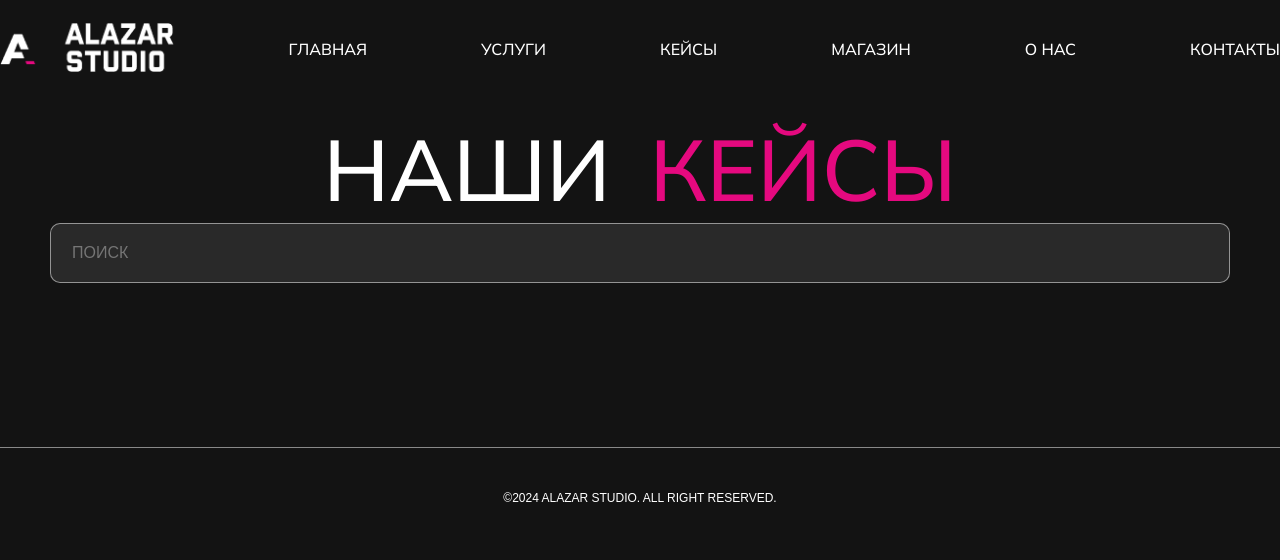
Repository: AlazarStudio/alazar_studio
Page: /cases
These files come from the project's save history. The page is drawn as it stood at one moment and after a run of saves; the edit follows.
The browser window is 1280 px wide. The pictures show the whole page.
The page's requests for data from a server got no answer. The project was rebuilt for these pictures with package versions that can differ from the ones it lists, and the page was loaded fresh each time. No one was signed in, and anything a server would have sent is missing. Also part of the build but not shown: vite.config.js, src/Components/Pages/Non_Found_Page.jsx, src/Components/Standart/CenterBlock/CenterBlock.module.css, src/Components/Standart/CenterBlock/CenterBlock.jsx, src/Components/Standart/WidthBlock/WidthBlock.module.css, src/Components/Standart/WidthBlock/WidthBlock.jsx, src/Components/Pages/HomePage/HomePage.module.css, src/Components/Pages/HomePage/HomePage.jsx and 13 more.

Above is the page before, as saved 2025-05-06 16:43:15.

### index.html
<!DOCTYPE html>
<html lang="ru">
  <head>
    <meta charset="UTF-8" />
    <link rel="icon" type="image/svg+xml" href="/favicon-alazar-studio.png" />
    <meta name="viewport" content="width=device-width, initial-scale=1.0" />
    <title>Название сайта</title>
    <!-- <link
      rel="stylesheet"
      href="https://fonts.googleapis.com/css2?family=Montserrat:wght@400;500;600;700,800&display=swap"
    /> -->
    <link
      href="https://fonts.googleapis.com/css2?family=Mulish:wght@300;400;500;600;700;800&display=swap"
      rel="stylesheet"
    />
  </head>
  <body>
    <div id="root"></div>
    <script type="module" src="/src/main.jsx"></script>
  </body>
</html>

### src/App.jsx
import React from 'react';
import { Route, Routes } from 'react-router-dom';
import Non_Found_Page from './Components/Pages/Non_Found_Page';
import Layout from './Components/Standart/Layout/Layout';
// import AdminPage from './Components/Pages/AdminPage/AdminPage';
import HomePage from './Components/Pages/HomePage/HomePage';
import AdminPage from './Components/Pages/AdminPage/AdminPage';
import CasesPage from './Components/Pages/CasesPage/CasesPage';

function App() {
  return (
    <>
      <Routes>
        <Route path="/" element={<Layout />}>
          <Route path="/" element={<HomePage />} />
          <Route path="/cases" element={<CasesPage />} />

          <Route path="*" element={<Non_Found_Page />} />
        </Route>
        <Route path="/admin/*" element={<AdminPage />} />
      </Routes>
    </>
  );
}

export default App;

### src/index.css
* {
    margin: 0;
    padding: 0;
    box-sizing: border-box;
    font-family: 'Montserrat', sans-serif;
    scroll-behavior: smooth;
}

a {
    text-decoration: none;
}

:root {
    --blockWidth: 1300px;
}

body {
    background-color: #131313;
    color: #fff;
    /* margin-top: 0px; */
}

main {
    /* display: flex;
    flex-direction: column;
    gap: 80px;
    padding-bottom: 80px; */
}

### src/Components/Standart/Layout/Layout.jsx
import React from "react";
import { Outlet } from "react-router-dom";

import Header from "../../Blocks/Header/Header"
import Footer from "../../Blocks/Footer/Footer";


function Empty({ children, ...props }) {
    return (
        <>
            <Header/>
            <Outlet />
            <Footer/>
        </>
    );
}

export default Empty;

### src/Components/Pages/CasesPage/CasesPage.jsx
import React, { useEffect, useState } from 'react';
import classes from './CasesPage.module.css';
import serverConfig from '../../../serverConfig';
import uploadsConfig from '../../../uploadsConfig';
import CaseHomeCard from '../../ui/HomePage/CaseHomeCard';

export default function CasesPage() {
  const [caseHomes, setCaseHomes] = useState([]);
  const [categories, setCategories] = useState([]); // 🆕 категории
  const [loading, setLoading] = useState(false);
  const [error, setError] = useState(null);

  useEffect(() => {
    const fetchData = async () => {
      setLoading(true);
      try {
        // Загружаем кейсы и категории параллельно
        const [casesHomeRes, categoriesRes] = await Promise.all([
          fetch(`${serverConfig}/casesHome`),
          fetch(`${serverConfig}/categories`),
        ]);

        const casesHomeData = await casesHomeRes.json();
        const categoriesData = await categoriesRes.json();

        setCaseHomes(casesHomeData);
        setCategories(categoriesData);
      } catch (err) {
        console.error('Ошибка загрузки данных:', err);
        setError('Ошибка загрузки данных');
      } finally {
        setLoading(false);
      }
    };

    fetchData();
  }, []);

  return (
    <div className={classes.container}>
      <div className={classes.containerCase}>
        <div className={classes.containerCaseTop}>
          <div className={classes.containerCaseTopName}>
            <span>НАШИ</span>
            <span>КЕЙСЫ</span>
          </div>
          <input placeholder="ПОИСК" />
        </div>

        {/* 🔽 Категории */}
        <div className={classes.categoryMenu}>
          {categories.map((cat) => (
            <span key={cat.id} className={classes.categoryItem}>
              {cat.title}
            </span>
          ))}
        </div>

        {/* 🔽 Кейсы */}
      </div>
      <CaseHomeCard caseHomes={caseHomes} />
    </div>
  );
}

### src/Components/Blocks/Header/Header.jsx
import React, { useEffect, useState } from 'react';
import classes from './Header.module.css';
import { Link, useNavigate } from 'react-router-dom';

function Header() {
  const [isScrolled, setIsScrolled] = useState(false);
  const [isMenuOpen, setIsMenuOpen] = useState(false);

  const navigate = useNavigate();

  useEffect(() => {
    const handleScroll = () => {
      if (window.scrollY > 50) {
        setIsScrolled(true);
      } else {
        setIsScrolled(false);
      }
    };

    window.addEventListener('scroll', handleScroll);
    return () => window.removeEventListener('scroll', handleScroll);
  }, []);

  const toggleMenu = () => {
    setIsMenuOpen((prev) => !prev);
  };

  const closeMenu = () => {
    setIsMenuOpen(false);
  };

  return (
    <div className={classes.container}>
      <div
        className={`${classes.containerNav} ${
          isScrolled ? classes.scrolled : ''
        }`}
      >
        <ul>
          <li>
            {' '}
            <img
              src="/images/headerLogo.png"
              alt="Логотип"
              className={classes.logo}
              onClick={() => navigate('/')}
            />
          </li>
          <li>
            <Link to="/">ГЛАВНАЯ</Link>
          </li>
          <li>
            <Link to="/service">УСЛУГИ</Link>
          </li>
          <li>
            <Link to="/cases">КЕЙСЫ</Link>
          </li>
          <li>
            <Link to="/shop">МАГАЗИН</Link>
          </li>
          <li>
            <Link to="/about">О НАС</Link>
          </li>
          <li>
            <Link to="/contacts">КОНТАКТЫ</Link>
          </li>
        </ul>
      </div>

      {/* Мобильная версия */}
      <div
        className={`${classes.containerNavMobile} ${
          isScrolled ? classes.scrolled : ''
        }`}
      >

          <img
            src="/images/LogoAlazarM.png"
            alt="Логотип"
            className={classes.logoMobile}
            onClick={() => navigate('/')}
          />


        {/* Иконка меню, по клику открывается меню */}
        <img
          src="/images/headerMobil.png"
          alt="Меню"
          className={classes.menuIcon}
          onClick={toggleMenu}
        />

        {/* Блок с меню */}
        <div
          className={`${classes.menu} ${isMenuOpen ? classes.open : ''}`}
          onClick={closeMenu}
        >
          <ul>
            <li>
              <Link to="/">ГЛАВНАЯ</Link>
            </li>
            <li>
              <Link to="/service">УСЛУГИ</Link>
            </li>
            <li>
              <Link to="/cases">КЕЙСЫ</Link>
            </li>
            <li>
              <Link to="/shop">МАГАЗИН</Link>
            </li>
            <li>
              <Link to="/about">О НАС</Link>
            </li>
            <li>
              <Link to="/contacts">КОНТАКТЫ</Link>
            </li>
          </ul>
        </div>
      </div>
    </div>
  );
}

export default Header;

### src/Components/Blocks/Footer/Footer.jsx
import React from 'react';
import classes from './Footer.module.css';
import CenterBlock from '../../Standart/CenterBlock/CenterBlock';
import WidthBlock from '../../Standart/WidthBlock/WidthBlock';

function Footer({ children, ...props }) {
  return (
    <>

          <div className={classes.container}>
            <span>©2024 ALAZAR STUDIO. ALL RIGHT RESERVED.</span>
          </div>

    </>
  );
}

export default Footer;

### src/serverConfig.js
function serverConfig() {
  const server = 'http://localhost:5000/api';
  // const server = 'https://backend.kch-tourism.ru/api'
  return server;
}

export default serverConfig();

### src/uploadsConfig.js
function uploadsConfig() {
	const server = 'http://localhost:5000'
	// const server = 'https://backend.equipment-house.ru'
	return server
}

export default uploadsConfig()

### src/Components/ui/HomePage/CaseHomeCard.jsx

import classes from './CaseHomeCard.module.css';
import uploadsConfig from '../../../uploadsConfig';

export default function CaseHomeCard({caseHomes}) {


  return (

        <div className={classes.containerCaseMenu}>
          {caseHomes.map((item) => (
            <div key={item.id} className={classes.caseItem}>
              <img src={`${uploadsConfig}${item.img[0]}`} alt={item.name} />
              {/* <span>{item.name}</span> */}
            </div>
          ))}
        </div>

  );
}

### src/Components/Pages/CasesPage/CasesPage.module.css
.container {
  display: flex;
  flex-direction: column;
  width: 100%;
  align-items: center;
}

.containerCase {
  display: flex;
  flex-direction: column;
  width: 100%;
  max-width: 1609px;
  align-items: center;
  margin-top: 115px;
}

.containerCaseTop {
  display: flex;
  flex-direction: column;
  align-items: center;
  width: 100%;
  max-width: 1301px;
}

.containerCaseTop input {
  width: 100%;
  height: 60px;
  border: 1px solid rgba(255, 255, 255, 0.5); /* полупрозрачная белая граница */
  background-color: rgba(128, 128, 128, 0.2); /* полупрозрачный серый фон */
  padding: 21px;
  color: #fff;
  border-radius: 10px;
  font-size: 16px;
  outline: none;
}

.containerCaseTopName {
  display: flex;
  gap: 49px;
}

.containerCaseTopName span:nth-of-type(1) {
  font-size: 96px;
  font-weight: 500;
  color: #fff;
  font-family: 'Mulish', sans-serif;
}

.containerCaseTopName span:nth-of-type(2) {
  font-size: 96px;
  font-weight: 500;
  color: #e5097f;
  font-family: 'Mulish', sans-serif;
}

.containerCaseTop img {
  width: 106px;
  cursor: pointer;
}

.categoryMenu {
  display: flex;
  align-items: center;
  justify-content: space-between;
  width: 100%;
  max-width: 1301px;
  margin-top: 34px;
  gap: 1px;
}

.categoryMenu span {
  display: flex;
  align-items: center;
  justify-content: center;
  padding: 20px;
  font-size: 16px;
  font-weight: 400;
  height: 60px;
  border: 1px solid rgba(255, 255, 255, 0.5);
  border-radius: 10px;
  font-family: 'Mulish', sans-serif;
  cursor: pointer;
}

@media (max-width: 1280px) {
  .container {
    padding: 0 50px;
  }

  .containerCase {
    max-width: 1280px;
    margin-top: 115px;
  }

  .containerCaseTop {
    max-width: 1280px;
  }

  .containerCaseTopName {
    gap: 39px;
  }

  .containerCaseTopName span:nth-of-type(1) {
    font-size: 86px;
  }

  .containerCaseTopName span:nth-of-type(2) {
    font-size: 86px;
  }

  .categoryMenu {
    max-width: 1301px;
  }

  .containerLogo {
    display: flex;
    flex-direction: column;
    align-items: center;
    justify-content: center;
    width: 100%;
    margin-top: 150px;
    gap: 40px;
  }

  /* logoA сверху вниз */
  .containerLogo img:nth-of-type(1) {
    height: 146px;
    animation: slideDown 1s ease forwards;
  }

  /* центральные логотипы */
  .containerLogoCenter {
    display: flex;
    gap: 45px;
  }

  /* logoAlazar слева направо */
  .containerLogoCenter img:nth-of-type(1) {
    height: 79px;
    animation: slideLeft 1s ease forwards;
    animation-delay: 0.5s;
    opacity: 0;
  }

  /* logoStudio справа налево */
  .containerLogoCenter img:nth-of-type(2) {
    height: 79px;
    animation: slideRight 1s ease forwards;
    animation-delay: 0.5s;
    opacity: 0;
  }

  /* span снизу вверх */
  .containerLogo span {
    font-size: 24px;
    font-weight: 500;
    animation: slideUp 1s ease forwards;
    animation-delay: 1s;
    opacity: 0;
    font-family: 'Mulish', sans-serif;
  }
}

@media (max-width: 480px) {
  .container {
    padding: 0 20px;
    margin-top: 85px;
  }

  .containerLogo {
    margin-top: 120px;
    gap: 20px;
  }

  /* logoA сверху вниз */
  .containerLogo img:nth-of-type(1) {
    height: 79px !important;
  }

  /* центральные логотипы */
  .containerLogoCenter {
    gap: 12px;
  }

  /* logoAlazar слева направо */
  .containerLogoCenter img:nth-of-type(1) {
    height: 29px !important;
  }

  /* logoStudio справа налево */
  .containerLogoCenter img:nth-of-type(2) {
    height: 29px !important;
  }

  /* span снизу вверх */
  .containerLogo span {
    display: flex;
    font-weight: 400 !important;
    text-align: center;
    font-size: 16px !important;
    padding: 0 50px;
  }

  .containerCase {
    margin-top: 15px;
  }

  .containerCaseTop {
    display: flex;
    align-items: center;
    justify-content: space-between;
    width: 100%;
    max-width: 1301px;
  }

  .containerCaseTopName {
    display: flex;

    gap: 20px;
  }

  .containerCaseTop input {
    margin-top: 15px !important;
    margin-bottom: 10px;
  }

  .containerCaseTopName span:nth-of-type(1) {
    font-size: 40px;
  }

  .containerCaseTopName span:nth-of-type(2) {
    font-size: 40px;
  }

  .containerCaseTop img {
    width: 60px;
    cursor: pointer;
  }

  .categoryMenu {
    display: none;
  }
}

### src/Components/Blocks/Header/Header.module.css
.container {
  display: flex;
  align-items: center;
  justify-content: center;
  position: fixed;
  top: 0;
  left: 0;
  width: 100%;
  z-index: 1000;
  transition: background 0.3s ease-in-out;
}

.containerNav {
  display: flex;
  width: 100%;
  align-items: center;
  justify-content: center; /* Логотип слева, меню справа */
  /* outline: 1px solid red; */
  height: 98px;
  background: transparent; /* Начально прозрачный */
  transition: background 0.3s ease-in-out;
  padding: 0;
}

.scrolled {
  background: #131313; /* Черный фон при скролле */
}

.logo {
  height: 49px;
}

ul {
  display: flex;
  width: 100%;
  max-width: 1400px;
  align-items: center;
  justify-content: space-between;
  list-style: none;
  padding: 0;
  margin: 0;
  /* gap: 20px; */
}

li a {
  font-size: 16px;
  font-weight: 500;
  color: #fff;
  text-decoration: none;
  transition: color 0.3s;
  font-family: 'Mulish', sans-serif;
}

.containerNavMobile {
  display: none;
}

/* li a:hover {
  color: #81212D;
} */

@media (max-width: 1280px) {
  .container {
    padding: 0px;
  }

  .containerNavMobile {
    display: none;
  }
}

@media (max-width: 768px) {
  .containerNav {
    display: none;
  }

  .containerNavMobile {
    display: flex;
    align-items: center;
    justify-content: space-between;
    width: 100%;
    padding: 20px 35px;
  }

  .containerNavMobile img:nth-of-type(1) {
    width: 35px;
    height: 30px;
  }

  .containerNavMobile img:nth-of-type(2) {
    width: 30px;
    height: 20px;
  }

  /* Добавляем стиль для меню */
  .menu {
    position: fixed;
    top: 0;
    right: -100%;
    width: 250px;
    height: 100%;
    background: #131313;
    transition: right 0.3s ease-in-out;
    display: flex;
    justify-content: center;
    align-items: center;
  }

  .menu.open {
    right: 0;
  }

  .menu ul {
    display: flex;
    flex-direction: column;
    list-style: none;
  }

  .menu li {
    margin: 15px 0;
  }

  .menu li a {
    color: #fff;
    text-decoration: none;
    font-size: 18px;
    font-weight: 500;
  }
}

### src/Components/Blocks/Footer/Footer.module.css
.container {
  display: flex;
  align-items: center;
  justify-content: center;
  height: 100px;
  color: #fff;
  border-top: 1px solid rgba(255, 255, 255, 0.5);
  margin-top: 100px;
  padding: 2px;
  font-size: 12px;
}



@media (max-width: 768px) {
  .container {
    height: 50px;
    font-size: 12px;
  }
}

### src/Components/ui/HomePage/CaseHomeCard.module.css
.containerCaseMenu {
  display: flex;
  justify-content: space-between;
  flex-wrap: wrap;
  width: 100%;
  max-width: 1609px;
  margin-top: 30px;
}

.caseItem {
  display: flex;
  flex-direction: column;
  position: relative;
  align-items: center;
  width: 507px;
  height: 507px;
  cursor: pointer;
  margin-top: 48px;
  border-radius: 10px;
}

.caseItem img {
  width: 100%;
  height: 100%;
  border-radius: 10px;
}

.caseItem span {
  display: flex;
  text-align: center;
  position: absolute;
  top: 72px;
  font-size: 30px;
  font-weight: 700;
  margin-right: 50px;
  margin-left: 50px;
}

@media (max-width: 1280px) {
  .containerCaseMenu {
    max-width: 1280px;
  }

  .caseItem {
    width: 368px;
    height: 368px;
  }
}

@media (max-width: 480px) {
  .containerCaseMenu {
    max-width: 480px;
    margin-top: -30px !important;
  }

  .caseItem {
    width: 100%;
  }
}

Loaded but not shown: src/main.jsx (common file)

After the next 3 saves:
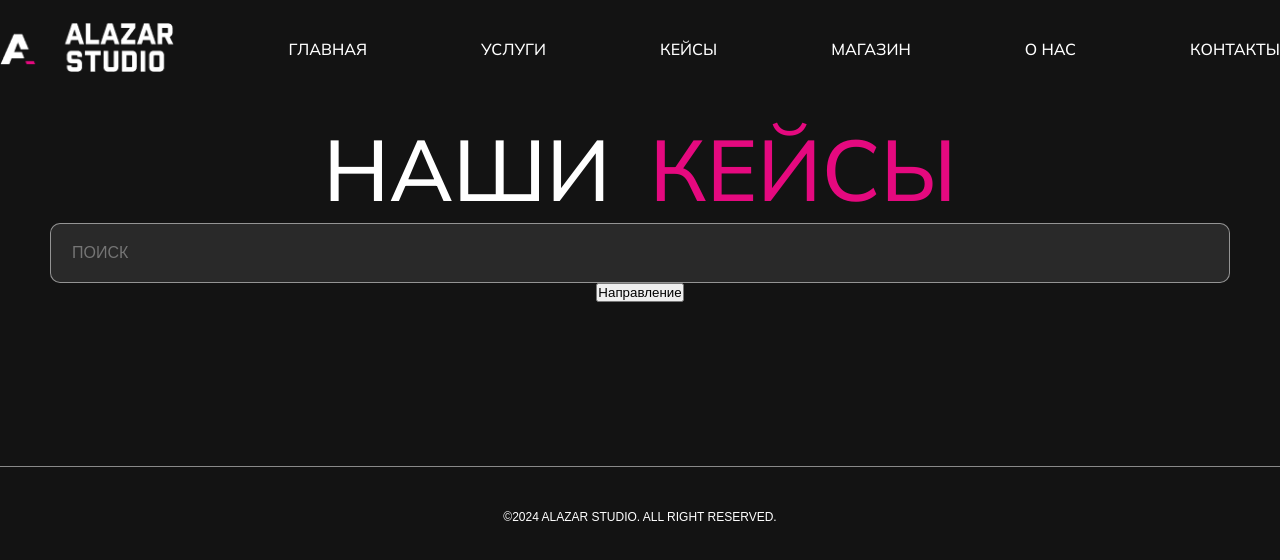
The 3 saves are shown as one change because 1 did not build or start and some came seconds apart.
The last was saved 21 s later.
--- a/src/Components/Pages/CasesPage/CasesPage.jsx
+++ b/src/Components/Pages/CasesPage/CasesPage.jsx
@@ -45,6 +45,7 @@ export default function CasesPage() {
             <span>КЕЙСЫ</span>
           </div>
           <input placeholder="ПОИСК" />
+          <button>Направление</button>
         </div>
 
         {/* 🔽 Категории */}
